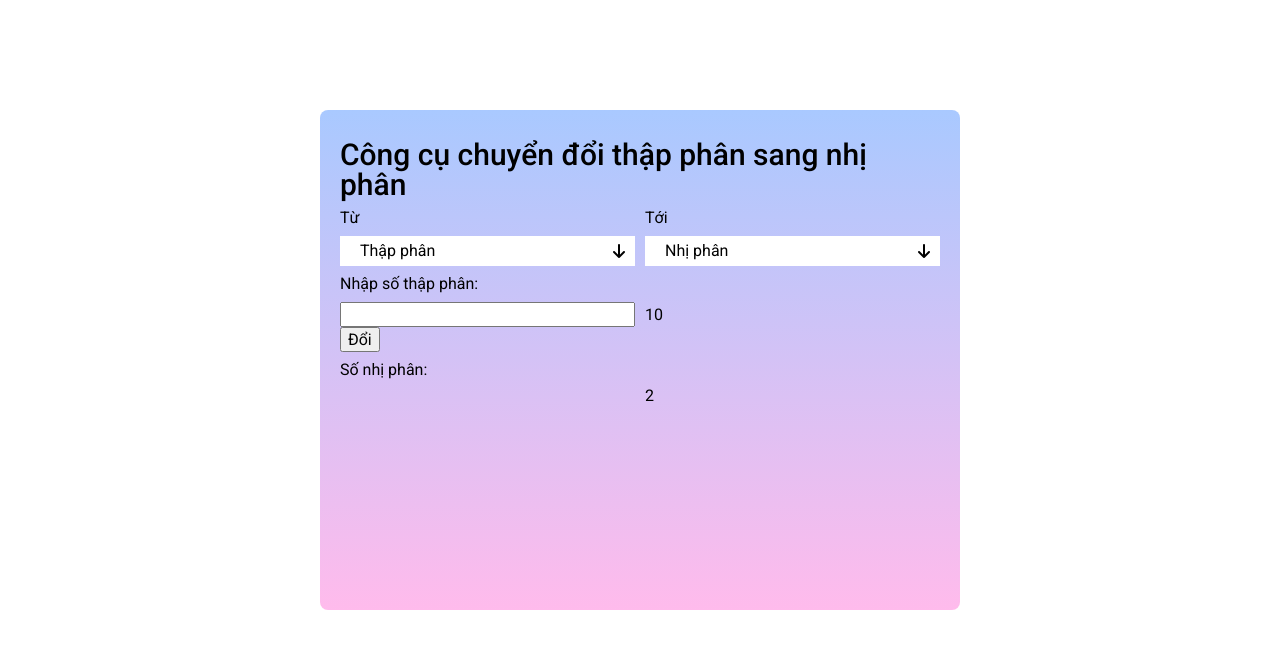
Repository: thuanpham00/covertNumber
Page: index.html
An editor plug-in stored every save of this project. The page is shown before and after the next save, followed by the edit.
The browser window is 1280 px wide. The pictures show the whole page.
Some web libraries are served in a nearby version. The style sheet was rebuilt from its Sass, Less or Tailwind sources for each picture, by a compiler version that may differ from the author's.

Above is the page before, as saved 2023-11-03 02:18:00.

### index.html
<!DOCTYPE html>
<html lang="en">
    <head>
        <meta charset="UTF-8" />
        <meta name="viewport" content="width=device-width, initial-scale=1.0" />
        <title>Convert Number</title>
        <link rel="stylesheet" href="./assets/css/main.css" />
        <link rel="preconnect" href="https://fonts.googleapis.com" />
        <link rel="preconnect" href="https://fonts.gstatic.com" crossorigin />
        <link
            href="https://fonts.googleapis.com/css2?family=Roboto:wght@400;500;700;900&display=swap"
            rel="stylesheet"
        />
        <script src="https://kit.fontawesome.com/3115b3f4f1.js"></script>
    </head>
    <body>
        <div class="container">
            <h1 class="title">Công cụ chuyển đổi thập phân sang nhị phân</h1>
            <div class="row">
                <span class="row__desc">Từ</span>
                <span class="row__desc">Tới</span>
            </div>
            <div class="row">
                <div class="row__type">
                    <div class="row__item">Thập phân</div>
                    <div class="row__icon">
                        <i class="fa-solid fa-arrow-down"></i>
                    </div>
                </div>
                <div class="row__type">
                    <div class="row__item">Nhị phân</div>
                    <div class="row__icon">
                        <i class="fa-solid fa-arrow-down"></i>
                    </div>
                </div>
            </div>
            <div class="container__wrapper">
                <div class="desc">Nhập số thập phân:</div>
                <form class="form">
                    <div class="row">
                        <input
                            type="text"
                            class="form__input"
                            name="numberInput"
                            required
                        />
                        <span>10</span>
                    </div>
                    <input type="submit" class="form__submit" value="Đổi" />
                </form>

                <div class="desc">Số nhị phân:</div>
                <div class="row">
                    <div class="result"></div>
                    <span>2</span>
                </div>
            </div>
        </div>
    </body>
</html>

### scss/main.scss
html,
body,
div,
span,
applet,
object,
iframe,
h1,
h2,
h3,
h4,
h5,
h6,
p,
blockquote,
pre,
a,
abbr,
acronym,
address,
big,
cite,
code,
del,
dfn,
em,
img,
ins,
kbd,
q,
s,
samp,
small,
strike,
strong,
sub,
sup,
tt,
var,
b,
u,
i,
center,
dl,
dt,
dd,
ol,
ul,
li,
fieldset,
form,
label,
legend,
table,
caption,
tbody,
tfoot,
thead,
tr,
th,
td,
article,
aside,
canvas,
details,
embed,
figure,
figcaption,
footer,
header,
hgroup,
menu,
nav,
output,
ruby,
section,
summary,
time,
mark,
audio,
video {
    margin: 0;
    padding: 0;
    border: 0;
    font-size: 100%;
    font: inherit;
    vertical-align: baseline;
}
/* HTML5 display-role reset for older browsers */
article,
aside,
details,
figcaption,
figure,
footer,
header,
hgroup,
menu,
nav,
section {
    display: block;
}
body {
    line-height: 1;
}
ol,
ul {
    list-style: none;
}
blockquote,
q {
    quotes: none;
}
blockquote:before,
blockquote:after,
q:before,
q:after {
    content: "";
    content: none;
}
table {
    border-collapse: collapse;
    border-spacing: 0;
}

*,
::after,
::before {
    box-sizing: border-box;
}

html {
    font-size: 62.5%;
}

body {
    background: #fff;
    font-size: 1.6rem;
    font-family: "Roboto", sans-serif;
}

input,
select,
textarea,
button {
    font-size: inherit;
    font-family: inherit;
}

.container {
    background-color: #a9c9ff;
    background-image: linear-gradient(180deg, #a9c9ff 0%, #ffbbec 100%);

    border-radius: 8px;
    padding: 10px 20px;
    height: 500px;
    position: absolute;
    top: 50%;
    left: 50%;
    transform: translate(-50%, -50%);

    .title {
        margin-top: 20px;
        font-size: 3rem;
        font-weight: 500;
    }

    .row {
        margin-top: 10px;
        display: grid;
        align-items: center;
        grid-template-columns: 1fr 1fr;
        column-gap: 10px;

        .row__type {
            display: flex;
            align-items: center;
            justify-content: space-between;
            padding-left: 20px;
            padding-right: 10px;
            height: 30px;
            width: 100%;
            background: #fff;

            pointer-events: none;

            > i {
                font-size: 0.6rem;
            }
        }

        .result {
            width: 100%;
            background: #fff;
        }
    }

    .desc {
        margin-top: 10px;
    }
}

After the next save:
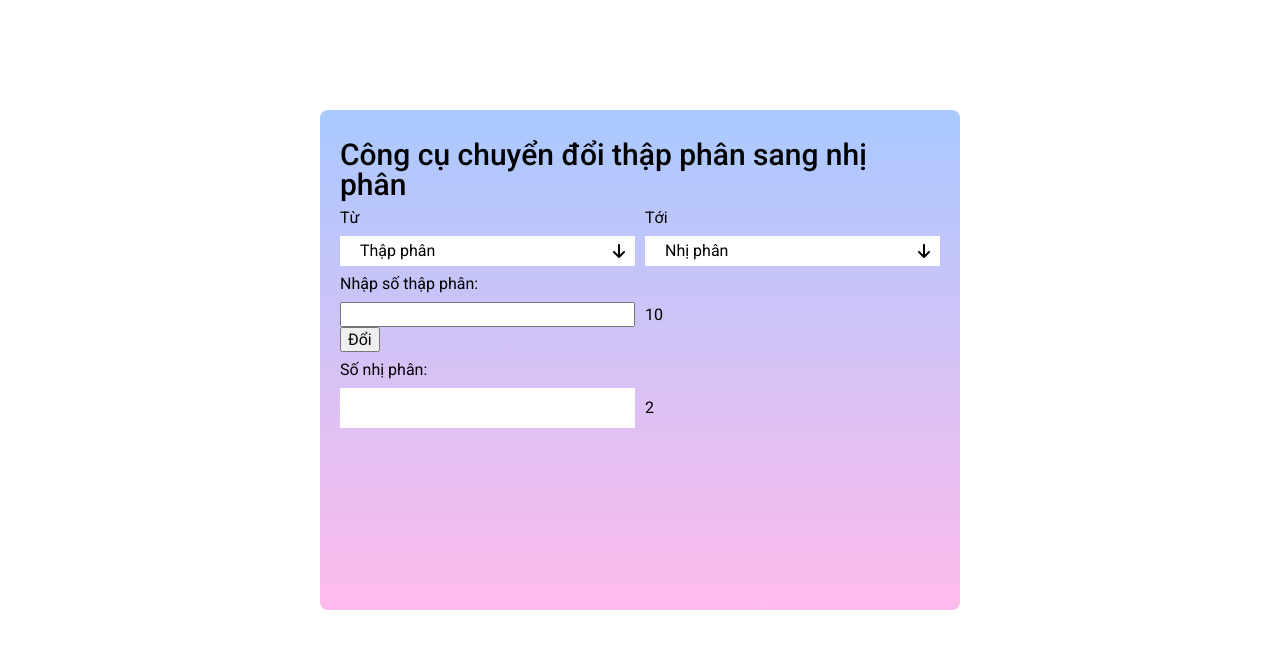
Saved 8 s later.
--- a/scss/main.scss
+++ b/scss/main.scss
@@ -191,6 +191,7 @@ button {
 
         .result {
             width: 100%;
+            height: 40px;
             background: #fff;
         }
     }
